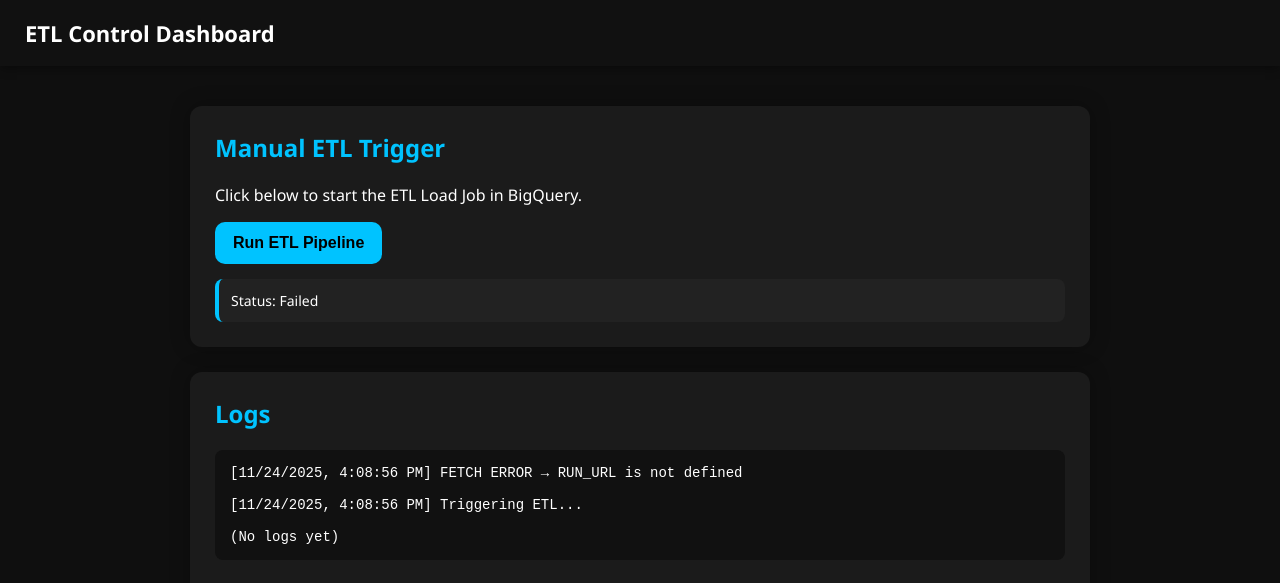
Repository: kbruhadesh/etl_files
Page: public/index.html
These files come from the project's save history. The page is drawn as it stood at one moment and after the next save; the edit follows.
The browser window is 1280 px wide. The pictures show the whole page.
After loading, the first visible `#runETL` was clicked once.
The page's requests for data from a server got no answer.

Above is the page before, as saved 2025-11-24 23:49:35.

After the next save:
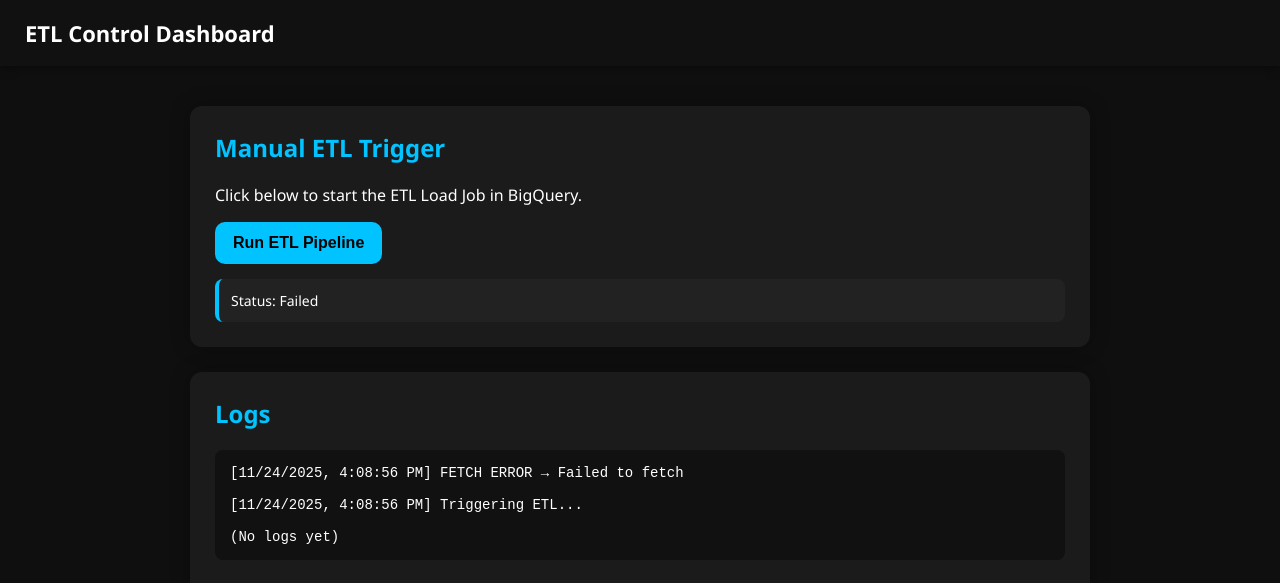
Saved 2 min 48 s later.
--- a/public/script.js
+++ b/public/script.js
@@ -18,7 +18,7 @@ runBtn.addEventListener("click", async () => {
   log("Triggering ETL...");
 
   try {
-    const res = await fetch(RUN_URL);
+    const res = await fetch(CLOUD_RUN_URL);   // ← FIXED
 
     const text = await res.text();
     if (res.ok) {
